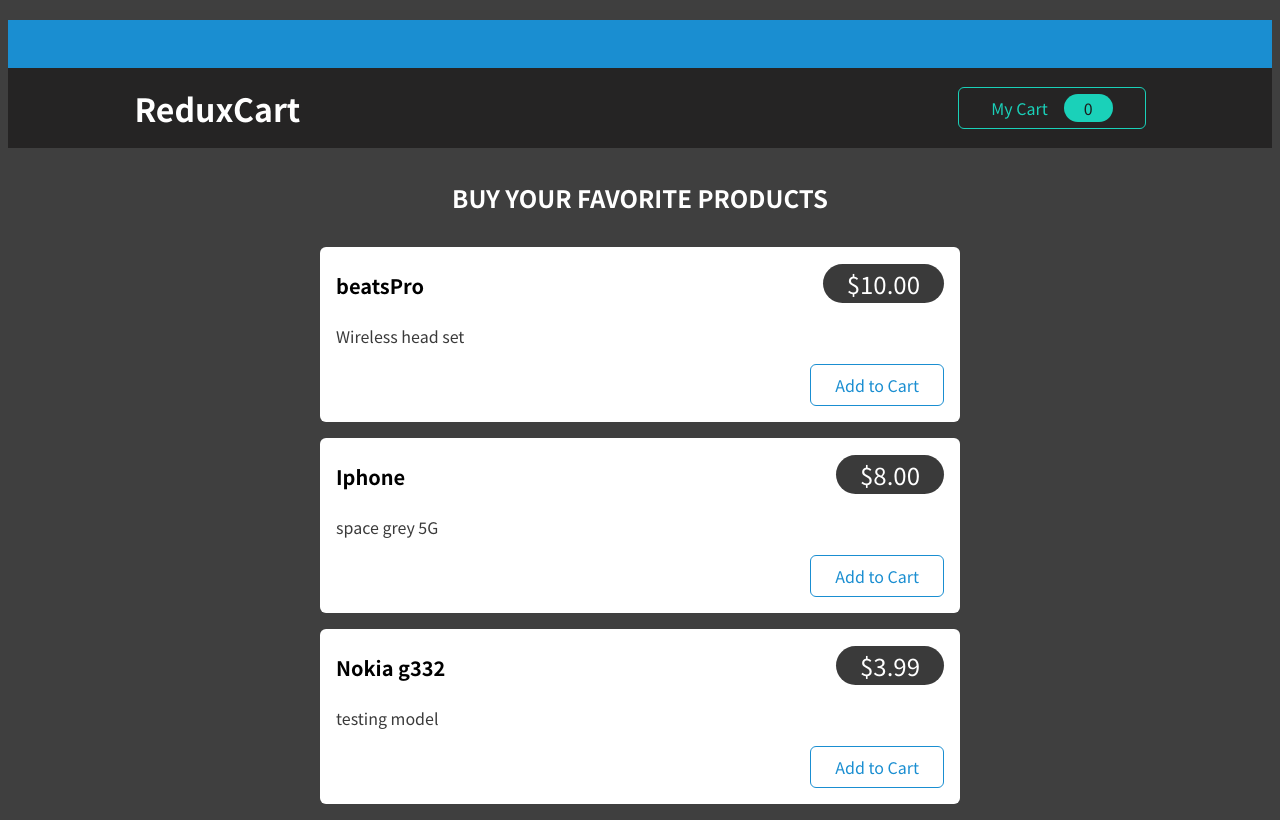
Repository: NamalPathirana/Redux-two-async
Page: /
The author's editor kept a copy of each file at every save. The page is drawn from the files as they stood at one save, then again after the next save.
The browser window is 1280 px wide. The pictures show the whole page.
The page's requests for data from a server got no answer. The project was rebuilt for these pictures with package versions that can differ from the ones it lists, and the page was loaded fresh each time. No one was signed in, and anything a server would have sent is missing. Also part of the build but not shown: src/components/Cart/Cart.module.css, src/components/Cart/CartItem.module.css, src/components/Cart/CartItem.js, src/components/Cart/Cart.js.

Above is the page before, as saved 2022-04-14 23:48:38.

### src/index.js
import ReactDOM from 'react-dom/client';

import './index.css';
import App from './App';
import { Provider } from 'react-redux';
import store from './store/store';



const root = ReactDOM.createRoot(document.getElementById('root'));
root.render(<Provider store={store}><App /></Provider>);

### src/index.css
@import url('https://fonts.googleapis.com/css2?family=Noto+Sans+JP:wght@400;700&display=swap');

* {
  box-sizing: border-box;
}

html {
  font-family: 'Noto Sans JP', sans-serif;
}

body {
  background-color: #3f3f3f;
}

button {
  font: inherit;
  cursor: pointer;
  padding: 0.5rem 1.5rem;
  border-radius: 6px;
  background-color: transparent;
  color: #1a8ed1;
  border: 1px solid #1a8ed1;
}

button:hover,
button:active {
  background-color: #1ac5d1;
  border-color: #1ac5d1;
  color: white;
}

### src/App.js
import Cart from "./components/Cart/Cart";
import Layout from "./components/Layout/Layout";
import Products from "./components/Shop/Products";
import { useSelector } from "react-redux";
import { Fragment, useEffect } from "react";
import Notification from "./components/UI/Notification";

function App() {
  const cart = useSelector((state) => {
    return state.cart;
  });

  const isVisible = useSelector((state) => state.ui.cartIsVisible);

  useEffect(() => {
    fetch(
      "https://react-http-demo-87b25-default-rtdb.firebaseio.com/cart.json",
      {
        method: "PUT",
        body: JSON.stringify(cart),
      }
    );
  }, [cart]);

  return (
    <Fragment>
      <Notification></Notification>
      <Layout>
        {isVisible && <Cart />}
        <Products />
      </Layout>
    </Fragment>
  );
}

export default App;

### src/store/store.js
import { configureStore } from "@reduxjs/toolkit";
import cartSlice from "./cart";
import UISlice from "./ui-slice";

const store = configureStore({
  reducer: {
    cart: cartSlice,
    ui: UISlice,
  },
});

export default store;

### src/components/Shop/Products.js
import ProductItem from "./ProductItem";
import classes from "./Products.module.css";
import { cartActions } from "../../store/cart";
import { useDispatch, useSelector } from "react-redux";

const Products = (props) => {
  const dispatch = useDispatch();

  const cartItems = useSelector((state) => state.cart.items);

  const productList = [
    {
      id: 1,
      name: "beatsPro",
      description: "Wireless head set",
      price: 10,
    },
    {
      id: 2,
      name: "Iphone",
      description: "space grey 5G",
      price: 8,
    },
    {
      id: 3,
      name: "Nokia g332",
      description: "testing model",
      price: 3.99,
    },
  ];

  const onClickHandler = (id) => {

    const clickedItem = productList.filter((item)=>{ return item.id===id});

    dispatch(
      cartActions.addItemToCart({
        item: {
          id: id,
          name:clickedItem[0].name,
          description: clickedItem[0].description,
          quantity: 1,
          price: clickedItem[0].price,
        },
      })
    );
  }

  return (
    <section className={classes.products}>
      <h2>Buy your favorite products</h2>
      <ul>
        {productList.map((item) => {
          return (
            <ProductItem
              title={item.name}
              price={item.price}
              description={item.description}
              id={item.id}
              onClick={onClickHandler}
            />
          );
        })}
      </ul>
    </section>
  );
};

export default Products;

### src/components/UI/Notification.js
import classes from "./Notification.module.css"

const Notification = (props) => {
  let specialClasses = '';

  if(props.status === 'error'){
      specialClasses = classes.error;
  }

  if(props.status === 'success'){
      specialClasses = classes.success;
  }

  const cssClasses = `${classes.notification} ${specialClasses}`;

  return (
    <section className={cssClasses}>
      <h2>{props.title}</h2>
      <p>{props.message}</p>
    </section>
  );
};

export default Notification;

### src/store/cart.js
import { createSlice } from "@reduxjs/toolkit";

// itemsTemplate = {items: [
//     {
//       id: 0,
//       name: "",
//       description: "",
//       quantity: 0,
//       price: 0,
//       totalPrice: 0,
//     },
//   ],}

const initialCartState = {
  items: [],
  totalAmount: 0.0,
  totalItems: 0,
};

const cartSlice = createSlice({
  name: "cart",
  initialState: initialCartState,
  reducers: {
    addItemToCart(state, actions) {
      if (actions.payload.item === null) return;

      const userEnteredItem = actions.payload.item;

      const existingItem = state.items.find(
        (item) => item.id === userEnteredItem.id
      );

      if (existingItem) {
        existingItem.quantity++;
        existingItem.totalPrice = existingItem.quantity * existingItem.price;
      } else {
        state.items.push({
          id: userEnteredItem.id,
          name: userEnteredItem.name,
          description: userEnteredItem.description,
          quantity: userEnteredItem.quantity,
          price: userEnteredItem.price,
          totalPrice: userEnteredItem.price * userEnteredItem.quantity,
        });
      }

      state.totalItems = state.items.reduce((previousValue, currentItem) => {
        return previousValue + currentItem.quantity;
      }, 0);

      state.totalAmount = state.items.reduce((previousValue, currentItem) => {
        return previousValue + currentItem.totalPrice;
      }, 0);
    },
    increaseQuantity(state, actions) {
      const existingItem = state.items.find(
        (item) => item.id === actions.payload.id
      );
      existingItem.quantity++;
      existingItem.totalPrice = existingItem.price * existingItem.quantity;

      state.totalItems = state.items.reduce((previousValue, currentItem) => {
        return previousValue + currentItem.quantity;
      }, 0);
      state.totalAmount = state.items.reduce((previousValue, currentItem) => {
        return previousValue + currentItem.totalPrice;
      }, 0);
    },
    decreaseQuantity(state, actions) {
      const existingItem = state.items.find(
        (item) => item.id === actions.payload.id
      );

      existingItem.quantity--;
      existingItem.totalPrice = existingItem.price * existingItem.quantity;
      state.totalItems = state.items.reduce((previousValue, currentItem) => {
        return previousValue + currentItem.quantity;
      }, 0);
      state.totalAmount = state.items.reduce((previousValue, currentItem) => {
        return previousValue + currentItem.totalPrice;
      }, 0);

      if (existingItem.quantity === 0)
        state.items = state.items.filter((item) => item.id !== existingItem.id);
    },
  },
});

export const cartActions = cartSlice.actions;

export default cartSlice.reducer;

### src/store/ui-slice.js
import { createSlice } from "@reduxjs/toolkit";

const initialUIState = {
    cartIsVisible:false
}

const UISlice = createSlice({
    name:'ui',
    initialState:{initialUIState},
    reducers:{
        toggle(state){
            state.cartIsVisible = !state.cartIsVisible;
        }
    }
});

export const UIActions = UISlice.actions;

export default UISlice.reducer;

### src/components/Shop/ProductItem.js
import Card from "../UI/Card";
import classes from "./ProductItem.module.css";

const ProductItem = (props) => {
  const { title, price, description, id } = props;

  return (
    <li className={classes.item}>
      <Card>
        <header>
          <h3>{title}</h3>
          <div className={classes.price}>${price.toFixed(2)}</div>
        </header>
        <p>{description}</p>
        <div className={classes.actions}>
          <button onClick={props.onClick.bind(null,id)}>Add to Cart</button>
        </div>
      </Card>
    </li>
  );
};

export default ProductItem;

### src/components/UI/Notification.module.css
.notification{
    background-color: #1a8ed1;
    width: 100%;
    height: 3rem;
    margin: 0%;
}

### src/components/Cart/CartButton.js
import classes from "./CartButton.module.css";
import { useSelector, useDispatch } from "react-redux";
import { UIActions } from "../../store/ui-slice";

const CartButton = () => {
  const dispatch = useDispatch();

  const cartItemCount = useSelector((state) => {
    return state.cart.totalItems;
  });

  const cartToggleHandler = () => {
    dispatch(UIActions.toggle());
  };

  return (
    <button className={classes.button} onClick={cartToggleHandler}>
      <span>My Cart</span>
      <span className={classes.badge}>{cartItemCount}</span>
    </button>
  );
};

export default CartButton;

Loaded but not shown: public/index.html (common file); src/components/Layout/Layout.js (common file); src/components/UI/Card.js (common file); src/components/Layout/MainHeader.js (common file); src/components/Shop/Products.module.css (common file); src/components/UI/Card.module.css (common file); src/components/Layout/MainHeader.module.css (common file); src/components/Shop/ProductItem.module.css (common file); src/components/Cart/CartButton.module.css (common file)

After the next save:
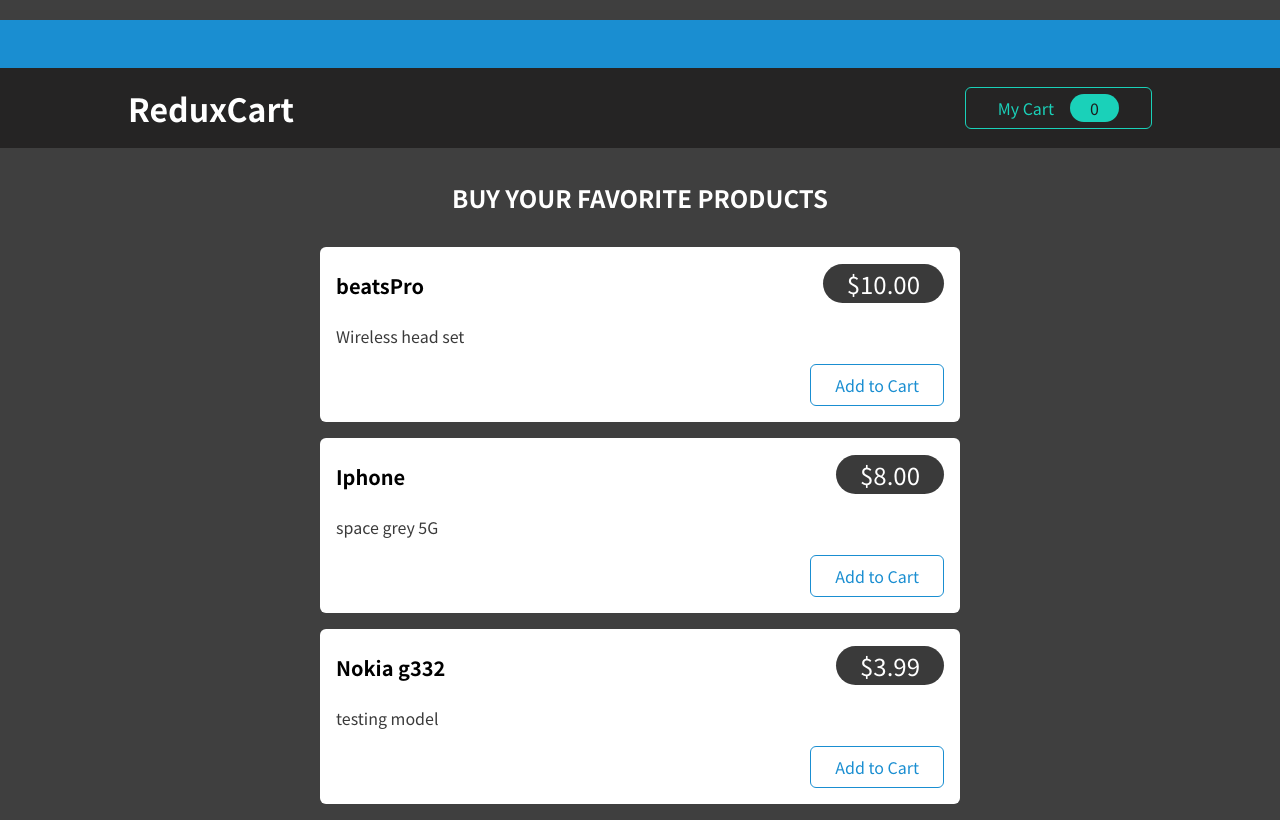
Saved 15 s later.
--- a/src/index.css
+++ b/src/index.css
@@ -9,6 +9,7 @@ html {
 }
 
 body {
+  margin: 0%;
   background-color: #3f3f3f;
 }
 
